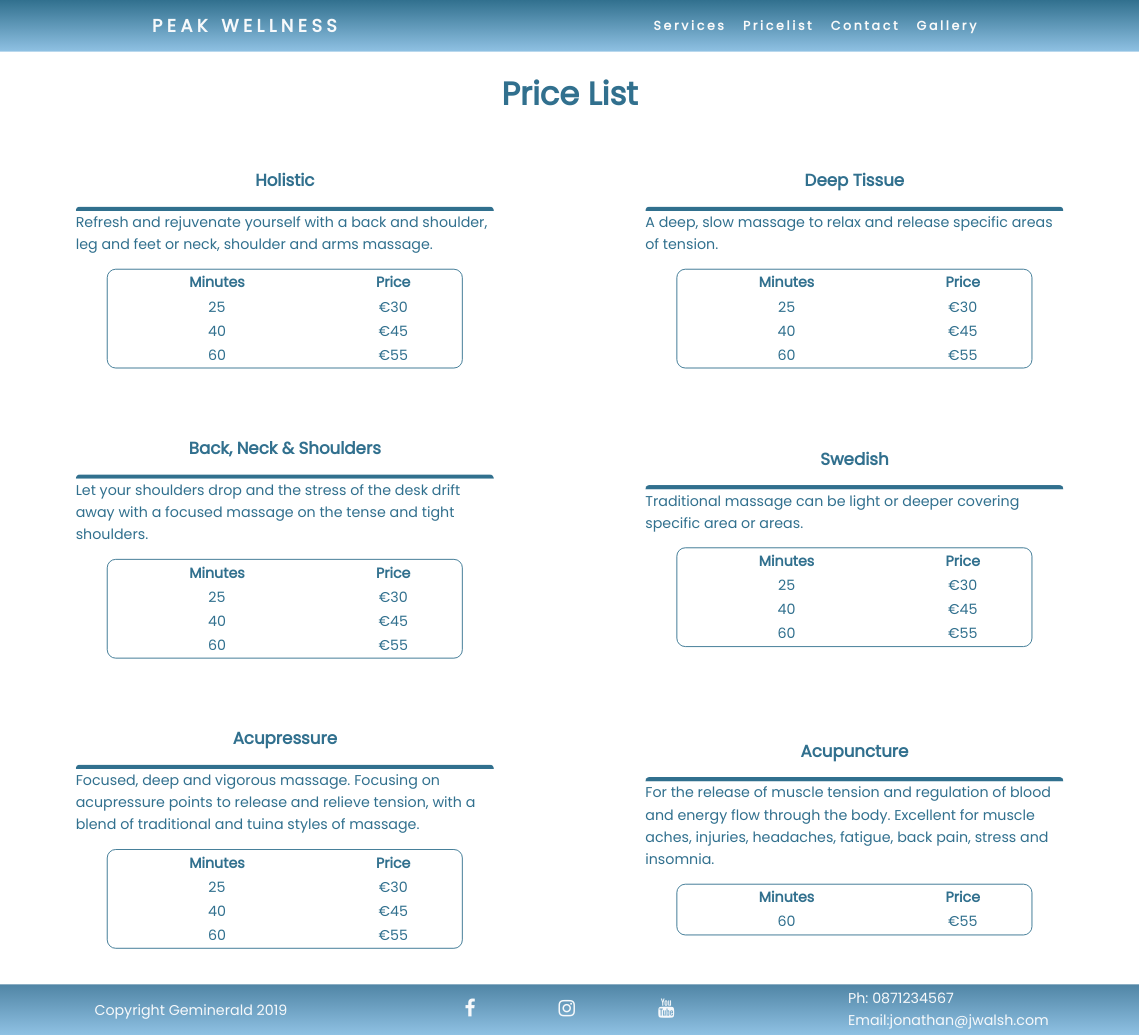
Repository: geminerald/peakwellness
Page: prices.html
The author's editor kept a record of every edit. The page is drawn from the files as they stood at one moment, then again after the next edit.
The browser window is 1280 px wide. The pictures show the whole page, at 89% of full size.

Above is the page before.

After the next edit:
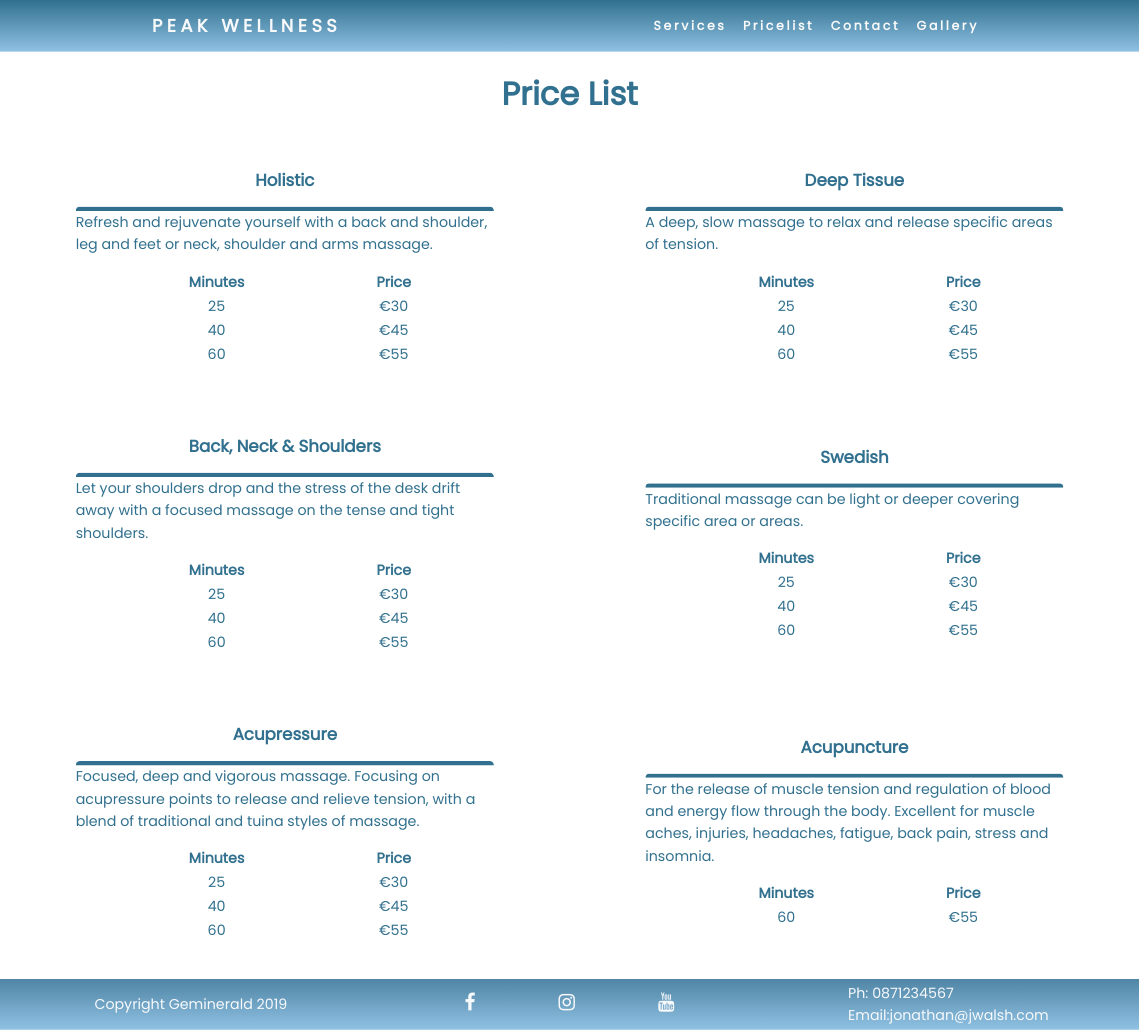
The edit:
--- a/assets/style.css
+++ b/assets/style.css
@@ -72,8 +72,7 @@
 table {
     width: 80%;
     margin: auto;
-    border: 1px ridge #31708e;
-    border-radius: 10px;
+
 }
 
 
